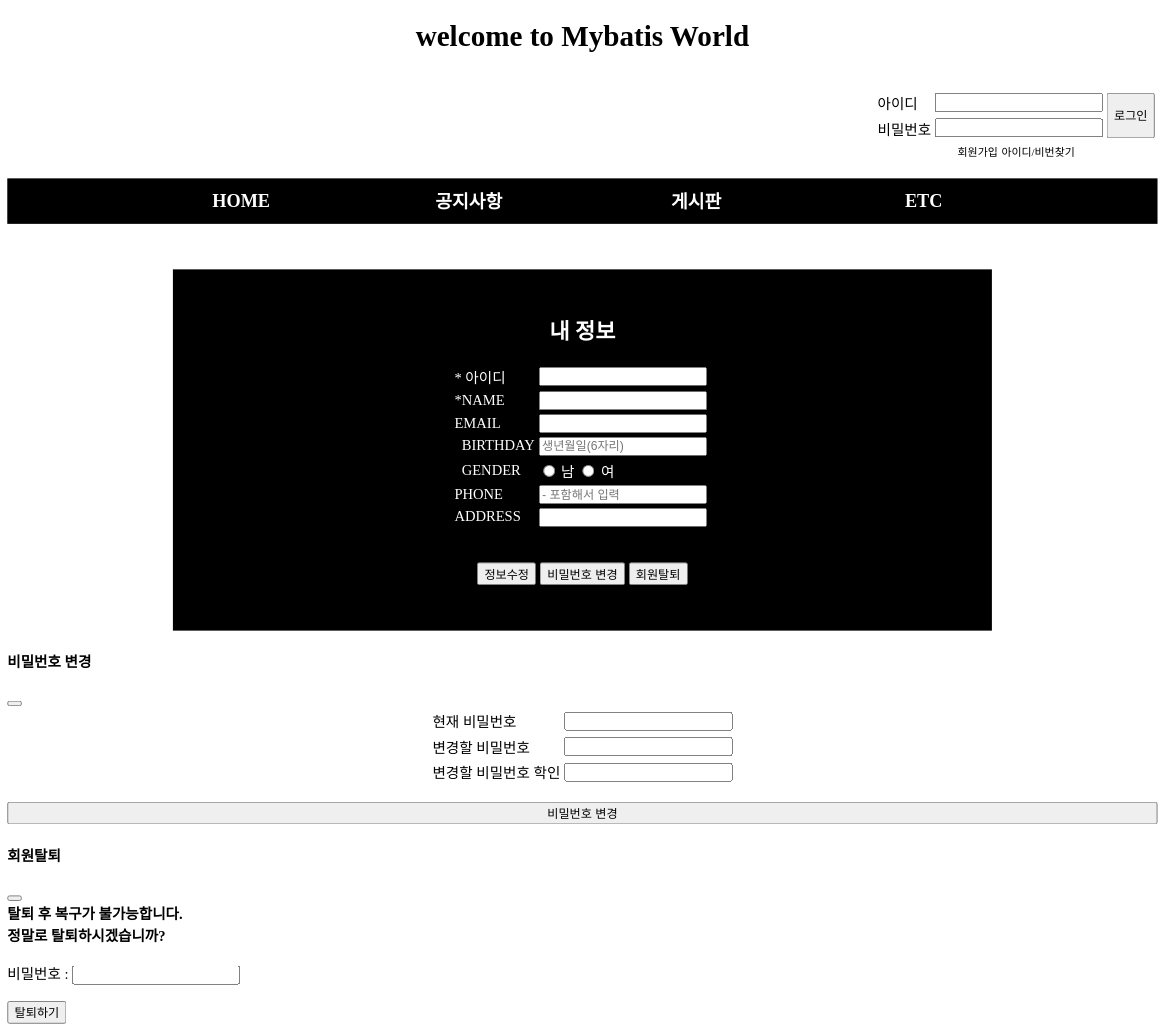
Repository: eru2/Study
Page: http://localhost/mybatisProject/views/member/myPage.jsp
The author's editor kept a copy of each file at every save. The page is drawn from the files as they stood at one save, then again after the next save.
The browser window is 1280 px wide. The pictures show the whole page, at 91% of full size.
The page is served by Tomcat 10. Other server files are loaded and not shown.

Above is the page before, as saved 2025-03-06 08:20:13.
Console error: ReferenceError: interest is not defined

### 08_MyBatis/mybatisProject/src/main/webapp/views/member/myPage.jsp
<%@ page language="java" contentType="text/html; charset=UTF-8"
    pageEncoding="UTF-8"%>
<!DOCTYPE html>
<html>
<head>
	<meta charset="UTF-8">
	<meta name="viewport" content="width=device-width, initial-scale=1.0">
	<title>Insert title here</title>
	<style>
		.outer{
			background: #4b89fc;
			color: white;
			width: 1000PX;
			margin: auto;
			margin-top: 50px;
			padding: 10px 0px 50px;
		}

		.outer table{
			margin: auto;
		}

		#update-pwd-modal .modal-body form{
			display: flex;
			flex-direction: column;
		}
	</style>
</head>
<body>
	<%@ include file="../common/menubar.jsp" %>

	<div class="outer">
		<br>
		<h2 align="center">내 정보</h2>
		<form action="${pageContext.request.contextPath}/update.me" method="post" id="update-form">
			<table>
				<tr>
					<td>* 아이디</td>
					<td><input type="text" name="userId" maxlength="15" readonly value="${loginUser.userId}"></td>
					<td></td>
				</tr>
				<tr>
					<td>*NAME</td>
					<td><input type="text" name="userName" maxlength="8" readonly value="${loginUser.userName}"></td>
					<td></td>
					</tr>
					<tr>

					<td>EMAIL</td>
					<td><input type="text" name="email" value="${loginUser.email}"></td>
					<td></td>
				</tr>
				<tr>
						<td>&nbsp;&nbsp;BIRTHDAY</td>
						<td><input type="text" name="birthday" placeholder="생년월일(6자리)" value="${loginUser.birthday}"></td>
				</tr>
					<tr>
						<td>&nbsp;&nbsp;GENDER</td>
						<td>
							<input type="radio" name="gender" value="M"> 남
							<input type="radio" name="gender" value="F"> 여
						</td>
					</tr>
				<tr>
					<td>PHONE</td>
					<td><input type="text" name="phone" placeholder="- 포함해서 입력" value="${loginUser.phone}"></td>
					<td></td>
				</tr>
				<tr>
					<td>ADDRESS</td>
					<td><input type="text" name="address" value="${loginUser.address}"></td>
					<td></td>
				</tr>
			</table>
			<script>
				const gender = "${loginUser.gender}";
				const input = document.querySelectorAll("input[name=gender]");
					if(interest.includes(input.value)){ // gender에 input.value의 값이 포함되어 있다면
						input.checked = true;
					}
			</script>

			<br><br>

			<div align="center">
				<button type="submit" class="btn btn-sm btn-success">정보수정</button>
				<button type="button" class="btn btn-sm btn-warning" data-bs-toggle="modal" data-bs-target="#update-pwd-modal">비밀번호 변경</button>
				<button type="button" class="btn btn-sm btn-danger" data-bs-toggle="modal" data-bs-target="#delete-member-modal">회원탈퇴</button>
			</div>
		</form>
	</div>
	<!--
		탈퇴하기 버튼 클릭시
		탈퇴 후 복구가 불가능합니다.
		정말 탈퇴하시겠습니까?
		비밀번호 :
		탈퇴하기버튼 -> /delete.me
		=>  /delete.me받은 서버는 비밀번호가 맞는지 확인 후 status -> N으로 변경하고 로그아웃
	 -->



	<!-- 비밀번호 변경 팝업 -->
	<div class="modal" id="update-pwd-modal">
	  <div class="modal-dialog">
	    <div class="modal-content">

	      <!-- Modal Header -->
	      <div class="modal-header">
	        <h4 class="modal-title">비밀번호 변경</h4>
	        <button type="button" class="btn-close" data-bs-dismiss="modal"></button>
	      </div>

	      <!-- Modal body -->
	      <div class="modal-body">
			<form action="${pageContext.request.contextPath}/updatePwd.me" method="post">
				<table align="center">
					<tr>
						<td>현재 비밀번호</td>
						<td><input type="password" name="userPwd" required></td>
					</tr>
					<tr>
						<td>변경할 비밀번호</td>
						<td><input type="password" name="updatePwd" required></td>
					</tr>
					<tr>
						<td>변경할 비밀번호 학인</td>
						<td><input type="password" name="checkPwd" required></td>
					</tr>
				</table>
				<br>
				<button id="edit-pwd-btn" type="submit" class="btn btn-sm btn-primary">비밀번호 변경</button>
			</form>

			<script>
				document.getElementById('edit-pwd-btn').onclick = function(){
					const pwd = document.querySelector("#update-pwd-modal input[name=updatePwd]").value;
					const pwdCheck = document.querySelector("#update-pwd-modal input[name=checkPwd]").value;

					if(pwd !== pwdCheck){
						alert("변경할 비밀번호가 일치하지 않습니다.");
						return false;
					}
				}

			</script>
	      </div>
	    </div>
	  </div>
	</div>

	<!-- 탈퇴 팝업 -->
	<div class="modal" id="delete-member-modal">
	  <div class="modal-dialog">
	    <div class="modal-content">

	      <!-- Modal Header -->
	      <div class="modal-header">
	        <h4 class="modal-title">회원탈퇴</h4>
	        <button type="button" class="btn-close" data-bs-dismiss="modal"></button>
	      </div>

	      <!-- Modal body -->
	      <div class="modal-body">
			<form action="${pageContext.request.contextPath}/delete.me" method="post">
				<b>탈퇴 후 복구가 불가능합니다.<br>
				정말로 탈퇴하시겠습니까?</b>
				<br><br>
				비밀번호  : <input type="password" name="userPwd" required>
				<br><br>
				<button type="submit" class="btn btn-sm btn-danger">탈퇴하기</button>
			</form>
	      </div>
	    </div>
	  </div>
	</div>
</body>
</html>

### 08_MyBatis/mybatisProject/src/main/webapp/views/common/menubar.jsp
<%@ page language="java" contentType="text/html; charset=UTF-8"
    pageEncoding="UTF-8"%>
<%@ taglib prefix="c" uri="http://java.sun.com/jsp/jstl/core" %>
<!DOCTYPE html>
<html>
<head>
<meta charset="UTF-8">
<title>Insert title here</title>
<style>
    .login-area a{
        text-decoration: none;
        color: black;
        font-size: 12px;
    }

    .nav-area{
        background: black;
        color: white;
        height: 50px;
    }
    .menu{
        display: table-cell;
        width: 250px;
        height: 50px;
        vertical-align: middle;
        font-size: 20px;
        font-weight: bold;
    }
    .outer{
    	width: 900px;
    	background: black;
    	color: white;
    	margin: auto;
    	margin-top: 50px;
    }
</style>
</head>
<body>

    <h1 align="center">welcome to Mybatis World</h1>
    <br>

    <div class="login-area" align="right">
       <c:choose>
       <c:when test="${empty loginUser}">
	        <form action="${pageContext.request.contextPath}/login.me" method="post">
		        <table>
		            <tr>
		                <td>아이디</td>
		                <td><input type="text" name="userId" required></td>
		                <td rowspan="2"><button type="submit" style="height: 50px;">로그인</button></td>
		            </tr>
		            <tr>
		                <td>비밀번호</td>
		                <td><input type="password" name="userPwd" required></td>

		            </tr>
		            <tr>
		                <td colspan="3" align="center">
		                    <a href="enrollForm.me">회원가입</a>
		                    <a href="">아이디/비번찾기</a>
		                </td>
		            </tr>
	            </table>
	        </form>
     	</c:when>
       	<c:otherwise>
        	<!-- 로그인후 -->
	        <div>
	            <table>
	                <tr>
	                    <td colspan="2">
	                        <h3>${loginUser.userName }님 환영합니다. </h3>
	                    </td>
	                    <td></td>
	                </tr>
	                <tr>
	                    <td><a href="myPage.me">마이페이지</a></td>
	                    <td><a href="">로그아웃</a></td>
	                </tr>
	            </table>
	        </div>
        </c:otherwise>
        </c:choose>
    </div>
    <br>

    <div class="nav-area" align="center">
        <div class="menu">HOME</div>
        <div class="menu">공지사항</div>
        <div class="menu">게시판</div>
        <div class="menu">ETC</div>
    </div>
</body>
</html>

After the next save:
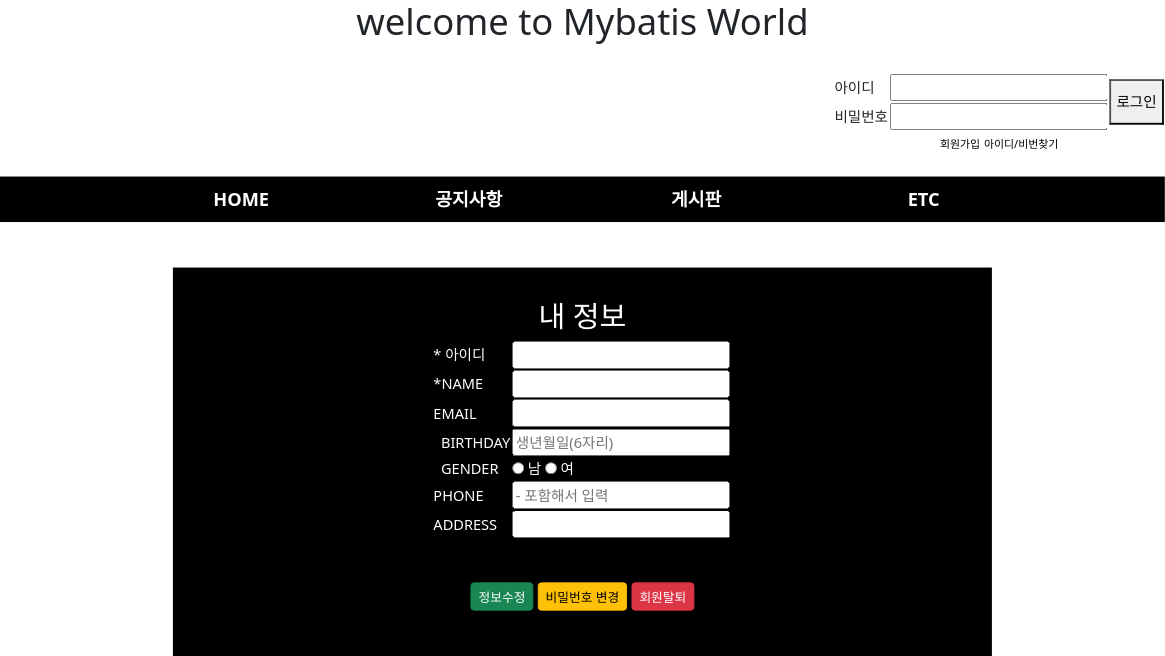
Saved 6 min 21 s later.
--- a/08_MyBatis/mybatisProject/src/main/webapp/views/member/myPage.jsp
+++ b/08_MyBatis/mybatisProject/src/main/webapp/views/member/myPage.jsp
@@ -5,6 +5,11 @@
 <head>
 	<meta charset="UTF-8">
 	<meta name="viewport" content="width=device-width, initial-scale=1.0">
+	<!-- Latest compiled and minified CSS -->
+<link href="https://cdn.jsdelivr.net/npm/bootstrap@5.3.3/dist/css/bootstrap.min.css" rel="stylesheet">
+
+<!-- Latest compiled JavaScript -->
+<script src="https://cdn.jsdelivr.net/npm/bootstrap@5.3.3/dist/js/bootstrap.bundle.min.js"></script>
 	<title>Insert title here</title>
 	<style>
 		.outer{
